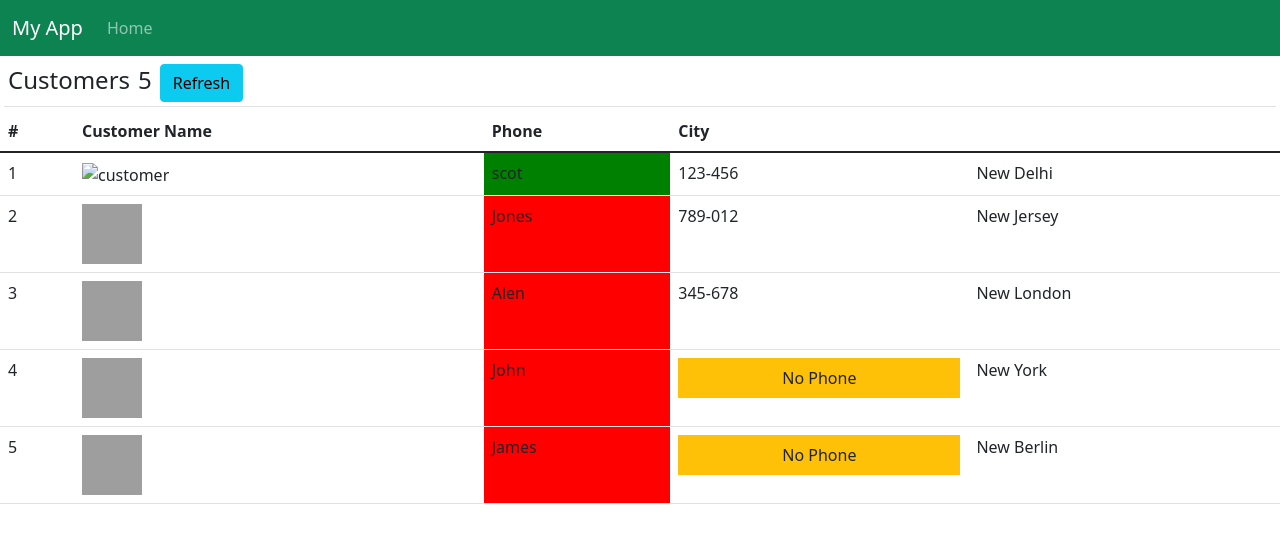
Repository: smit1298/e-commerce
Page: /
An editor plug-in stored every save of this project. The page is shown before and after the next save, followed by the edit.
The browser window is 1280 px wide. The pictures show the whole page.
Pictures or frames that could not be fetched are drawn as grey boxes. The project was rebuilt for these pictures with package versions that can differ from the ones it lists, and the page was loaded fresh each time.

Above is the page before, as saved 2022-05-10 21:29:01.

### src/index.js
import React from "react";
import ReactDOM from "react-dom";
import "jquery";
import "popper.js/dist/umd/popper";
import "bootstrap/dist/js/bootstrap";
import "bootstrap/dist/css/bootstrap.css";
import "./index.css";
import App from "./App";

ReactDOM.render(<App />, document.getElementById("root"));

### src/index.css
* {
    box-sizing: border-box;
}

.highlight{
    background-color: #80c0b5;
}

.navbar-style{
    background-color: #0c8351 !important;
}

### src/App.jsx
import React, { Component } from "react";
import MainContent from "./MainContent";
import NavBar from "./NavBar";

export default class App extends Component {
  render() {
    return (
      <React.Fragment>
        <NavBar />
        <MainContent />
      </React.Fragment>
    );
  }
}

### src/MainContent.jsx
import React, { Component } from "react";

export default class MainContent extends Component {
  state = {
    pageTitle: "Customers",
    customersCount: 5,
    customers: [
      { id: 1, name: "scot", phone: "123-456", address: { city: "New Delhi" } },
      {
        id: 2,
        name: "Jones",
        phone: "789-012",
        address: { city: "New Jersey" },
        photo: "https://picsum.photos/id/1010/60"
      },
      {
        id: 3,
        name: "Alen",
        phone: "345-678",
        address: { city: "New London" },
        photo: "https://picsum.photos/id/1011/60"
      },
      {
        id: 4,
        name: "John",
        phone: null,
        address: { city: "New York" },
        photo: "https://picsum.photos/id/1012/60"
      },
      {
        id: 5,
        name: "James",
        phone: null,
        address: { city: "New Berlin" },
        photo: "https://picsum.photos/id/1013/60"
      }
    ]
  };

  render() {
    return (
      <div>
        <h4 className="border-bottom m-1 p-1">
          {this.state.pageTitle}
          <span className="m-2">{this.state.customersCount}</span>
          <button className="btn btn-info" onClick={this.onRefreshClick}>
            Refresh
          </button>
        </h4>
        <table className="table">
          <thead>
            <tr>
              <th>#</th>
              <th>Customer Name</th>
              <th>Phone</th>
              <th>City</th>
            </tr>
          </thead>
          <tbody>{this.getCustomerRow()}</tbody>
        </table>
      </div>
    );
  }

  //   Executes when the user clicks on refresh button
  onRefreshClick = () => {
    this.setState({
      customersCount: 7
    });
  };

  getPhoneToRender = (phone) => {
    if (phone) return phone;
    else return <div className="bg-warning p-2 text-center">No Phone</div>;
  };

  getCustomerRow = () => {
    return this.state.customers.map((cust) => {
      return (
        <tr key={cust.id}>
          <td>{cust.id}</td>
          <td>
            <img src={cust.photo} alt="customer" />
          </td>
          <td style={{backgroundColor: (cust.name.startsWith('s'))?'green':'red'}}>{cust.name}</td>
          <td> {this.getPhoneToRender(cust.phone)}</td>
          <td>{cust.address.city}</td>
        </tr>
      );
    });
  };
}

### src/NavBar.jsx
import React, { Component } from "react";

class NavBar extends Component {
  render() {
    return (
      <React.Fragment>
        <nav className="navbar navbar-expand-lg navbar-dark bg-dark navbar-style">
          <div className="container-fluid">
            <a className="navbar-brand" href="/#">
              My App
            </a>
            <button
              className="navbar-toggler"
              type="button"
              data-bs-toggle="collapse"
              data-bs-target="#navbarSupportedContent"
              aria-controls="navbarSupportedContent"
              aria-expanded="false"
              aria-label="Toggle navigation"
            >
              <span className="navbar-toggler-icon"></span>
            </button>

            <div
              className="collapse navbar-collapse"
              id="navbarSupportedContent"
            >
              <ul className="navbar-nav me-auto mb-2 mb-lg-0">
                <li className="nav-item">
                  <a className="nav-link" href="/#">
                    Home
                  </a>
                </li>
              </ul>
            </div>
          </div>
        </nav>
      </React.Fragment>
    );
  }
}

export default NavBar;

Loaded but not shown: public/index.html (common file)

After the next save:
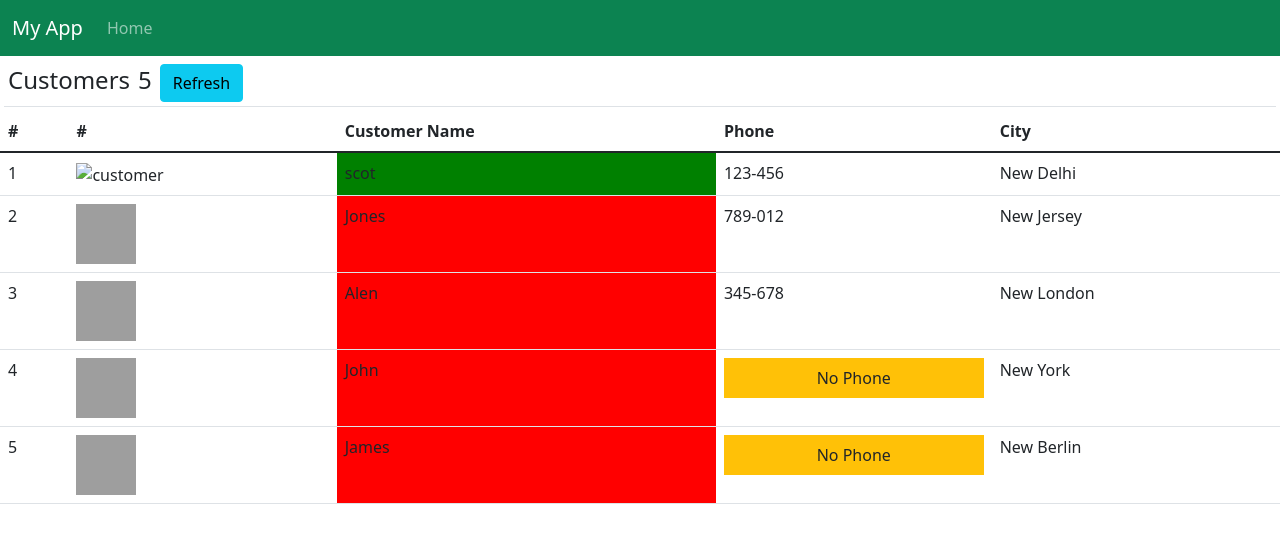
Saved 24 s later.
--- a/src/MainContent.jsx
+++ b/src/MainContent.jsx
@@ -51,6 +51,7 @@ export default class MainContent extends Component {
           <thead>
             <tr>
               <th>#</th>
+              <th>#</th>
               <th>Customer Name</th>
               <th>Phone</th>
               <th>City</th>
